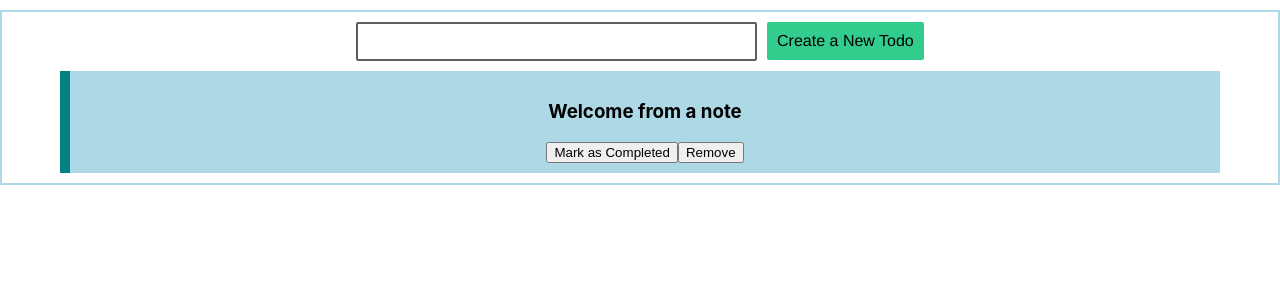
Repository: CaptainStorm21/react-ecosystem-course
Page: /
These files come from the project's save history. The page is drawn as it stood at one moment and after the next save; the edit follows.
The browser window is 1280 px wide. The pictures show the whole page.
The project was rebuilt for these pictures with package versions that can differ from the ones it lists, and the page was loaded fresh each time.

Above is the page before, as saved 2020-05-30 17:47:01.

### src/App.js
import React from 'react';
import './App.css';
import TodoList from './todos/TodoList'

function App() {
  return (
    <div className="App">
      <TodoList/>
    </div>
  );
}

export default App;

### src/todos/TodoList.js
import React from 'react';
import NewTodoForm from './NewTodoForm';
import TodoListItem from './TodoListItem';
import './TodoList.css';


const TodoList = ({ todos = [{ text: "Welcome from a note" }] }) => (
    <div className="list-wrapper">
        <NewTodoForm/>
        {todos.map(todo => <TodoListItem todo={todo} />)}
    </div>
)

export default TodoList;

### src/todos/NewTodoForm.js
import React, { useState } from 'react';
import './NewTodoForm.css';

const NewTodoForm = () => {
    const [inputValue, setInputValue] = useState(' ');
   return (
        <div className="new-todo-form">
           <input className="new-todo-input"
               type="text"
               value={inputValue}
               onChange = { e => setInputValue (e.target.value)}
           />
            <button className="newTodo">Create a New Todo</button>
        </div>
    );
};
export default NewTodoForm;

### src/todos/TodoListItem.js
import React from "react";

const TodoListItem = ({ todo }) => (
  <div className="todo-item-container">
    <h3>{todo.text}</h3>
    <div className="button -container">
      <button className="completed-button"> Mark as Completed</button>
      <button className="remove-button"> Remove</button>
    </div>
  </div>
);

export default TodoListItem;

### src/todos/TodoList.css
.list-wrapper{
    border: 2px solid lightblue;
    padding: 10px;
    margin-top: 10px;
}

### src/todos/NewTodoForm.css
.todo-item-container {
  width: 90%;
  margin: 0 auto;
  padding: 10px;
  border-left: 10px solid teal;
  background-color: lightblue;
  margin-top: 10px;
}

.newTodo {
  background-color: rgb(50, 205, 140);
  padding: 10px;
  border: 0;
  margin-left: 10px;
  font-size: medium;
  font-family: "Franklin Gothic Medium", "Arial Narrow", Arial, sans-serif;
  border-radius: 2px;
}

.new-todo-input {
  border-radius: 2px;
  padding: 10px;
  border: 2px solid rgb(95, 95, 90);
  font-family: "Franklin Gothic Medium", "Arial Narrow", Arial, sans-serif;
  width: 30%;
}

Loaded but not shown: public/index.html (common file); src/index.js (common file); src/index.css (common file); src/serviceWorker.js (common file); src/App.css (common file)

After the next save:
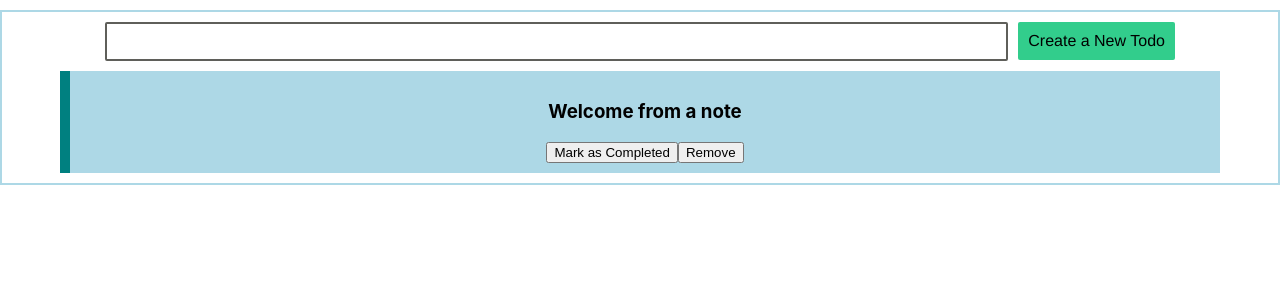
Saved 17 s later.
--- a/src/todos/NewTodoForm.css
+++ b/src/todos/NewTodoForm.css
@@ -22,5 +22,5 @@
   padding: 10px;
   border: 2px solid rgb(95, 95, 90);
   font-family: "Franklin Gothic Medium", "Arial Narrow", Arial, sans-serif;
-  width: 30%;
+  width: 70%;
 }
